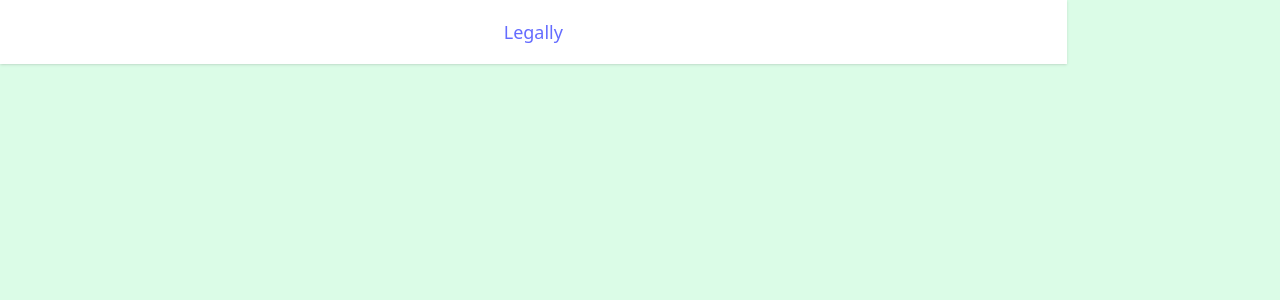
Repository: OdinPie/legal-search-acmeai
Page: / (app in legal-frontend/)
The author's editor kept a copy of each file at every save. The page is drawn from the files as they stood at one save, then again after a run of saves.
The browser window is 1280 px wide. The pictures show the whole page.
The project was rebuilt for these pictures with package versions that can differ from the ones it lists, and the page was loaded fresh each time. Also part of the build but not shown: legal-frontend/vite.config.js, legal-frontend/src/components/SearchSection.jsx.

Above is the page before, as saved 2025-11-05 16:07:50.

### legal-frontend/index.html
<!doctype html>
<html lang="en">
  <head>
    <meta charset="UTF-8" />
    <link rel="icon" type="image/svg+xml" href="/vite.svg" />
    <meta name="viewport" content="width=device-width, initial-scale=1.0" />
    <title>legal-frontend</title>
  </head>
  <body>
    <div id="root"></div>
    <script type="module" src="/src/main.jsx"></script>
  </body>
</html>

### legal-frontend/src/App.jsx
import './App.css'
import Home from './pages/Home'

function App() {

  return (
    <>
      <Home></Home>
    </>
  )
}

export default App

### legal-frontend/src/App.css
@import "tailwindcss";

@plugin "daisyui";

### legal-frontend/src/pages/Home.jsx
import React from 'react';
import SearchSection from '../components/SearchSection';
import Navbar from '../components/Navbar';
const Home = () => {
    return (
        <div className='bg-green-100 h-screen w-screen'>
            <Navbar></Navbar>
            {/* <SearchSection></SearchSection> */}
            {/* Your Legal Library, Simplified.
                Discover, explore, and understand legal documents with ease — anytime, anywhere. */}
        </div>
    );
};

export default Home;

### legal-frontend/src/components/Navbar.jsx
import { useEffect, useRef, useState } from "react";

export default function Navbar() {

  return (
    <div className="">
        <div className="navbar bg-base-100 shadow-sm sticky top-10 z-10 w-10/12">
    <div className="flex justify-center w-full">
        <a className="btn btn-ghost text-lg">Legally</a>
    </div>
    </div>
    </div>
  );
}

Loaded but not shown: legal-frontend/src/main.jsx (common file); legal-frontend/src/index.css (common file)

After the next 2 saves:
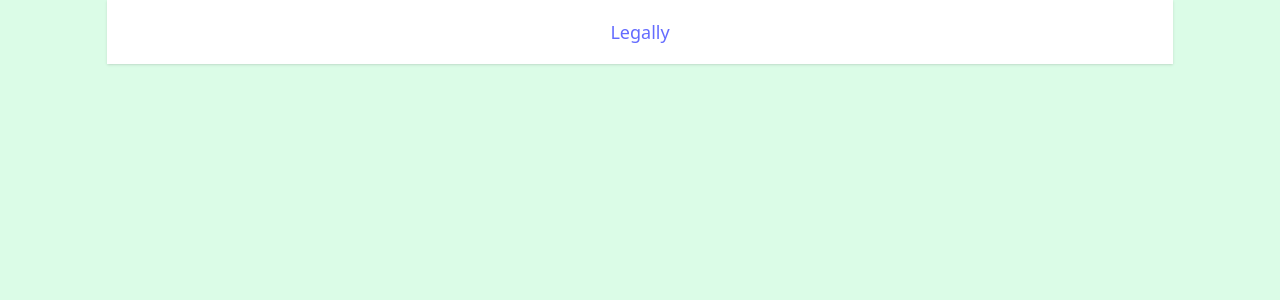
The 2 saves are shown as one change because they came seconds apart.
The last was saved 8 s later.
--- a/legal-frontend/src/components/Navbar.jsx
+++ b/legal-frontend/src/components/Navbar.jsx
@@ -3,7 +3,7 @@
 export default function Navbar() {
 
   return (
-    <div className="">
+    <div className="flex justify-center">
         <div className="navbar bg-base-100 shadow-sm sticky top-10 z-10 w-10/12">
     <div className="flex justify-center w-full">
         <a className="btn btn-ghost text-lg">Legally</a>
